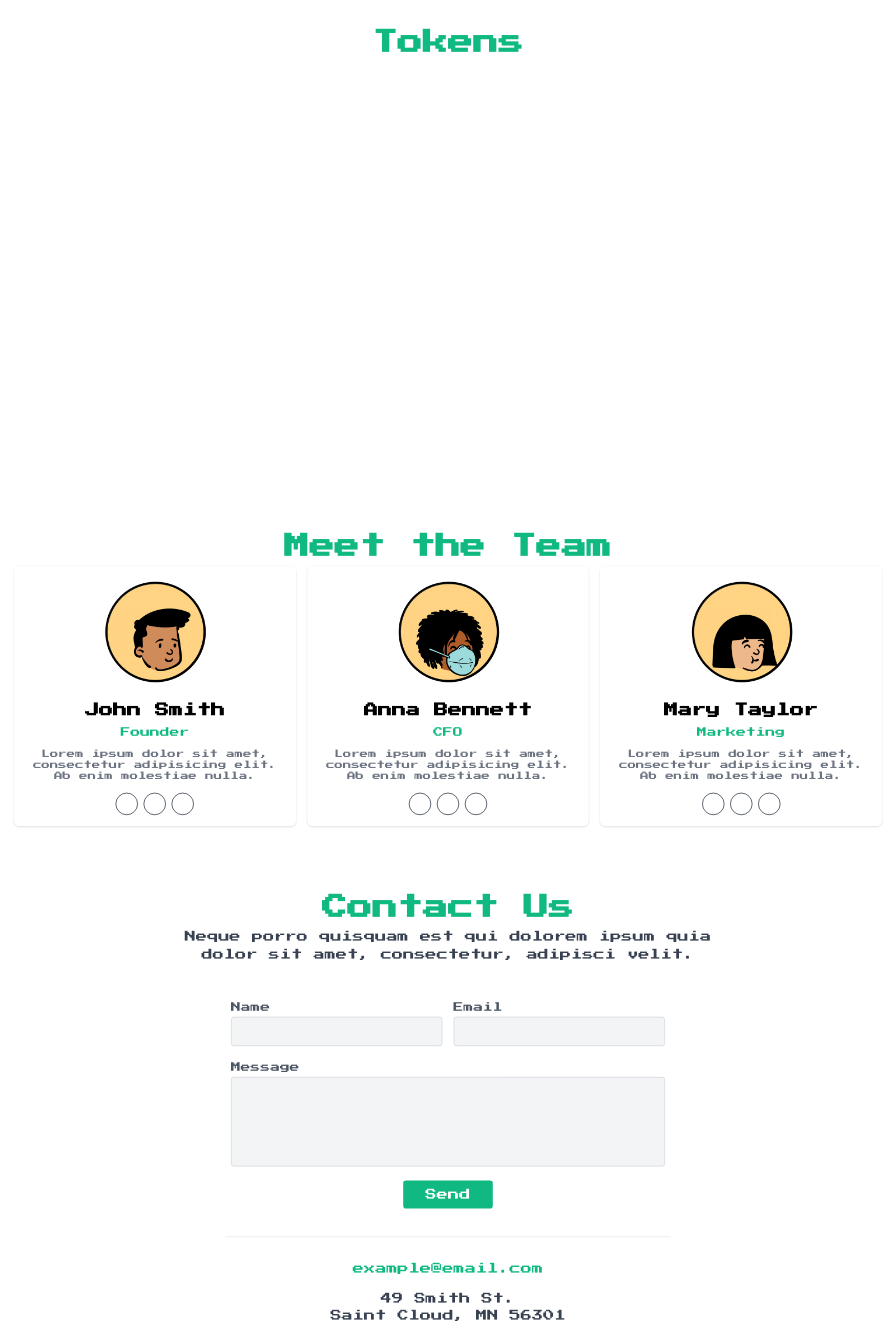
Repository: rhinorphan/phat-landing-page
Page: /
The author's editor kept a copy of each file at every save. The page is drawn from the files as they stood at one save, then again after the next save.
The browser window is 1280 px wide. The pictures show the part of the page from y = 2348 to 4268 px (the page is 4268 px tall before and 4083 px after), at 70% of full size.
The project was rebuilt for these pictures with package versions that can differ from the ones it lists, and the page was loaded fresh each time. Also part of the build but not shown: craco.config.js.

Above is the page before, as saved 2021-11-17 22:40:23.

### public/index.html
<!DOCTYPE html>
<html lang="en">
  <head>
    <meta charset="utf-8" />
    <link rel="icon" href="%PUBLIC_URL%/assets/images/server_icon.png" />
    <meta name="PHAT" content="width=device-width, initial-scale=1" />
    <meta name="theme-color" content="#000000" />
    <meta
      name="description"
      content="PHAT Landing Page"
    />
    <link rel="apple-touch-icon" href="%PUBLIC_URL%/assets/images/server_icon.png" />
    <!--
      manifest.json provides metadata used when your web app is installed on a
      user's mobile device or desktop. See https://developers.google.com/web/fundamentals/web-app-manifest/
    -->
    <link rel="manifest" href="%PUBLIC_URL%/manifest.json" />
    <!--
      Notice the use of %PUBLIC_URL% in the tags above.
      It will be replaced with the URL of the `public` folder during the build.
      Only files inside the `public` folder can be referenced from the HTML.

      Unlike "/favicon.ico" or "favicon.ico", "%PUBLIC_URL%/favicon.ico" will
      work correctly both with client-side routing and a non-root public URL.
      Learn how to configure a non-root public URL by running `npm run build`.
    -->
    <title>Party Hats</title>
  </head>
  <body>
    <noscript>You need to enable JavaScript to run this app.</noscript>
    <div id="root"></div>
    <!--
      This HTML file is a template.
      If you open it directly in the browser, you will see an empty page.

      You can add webfonts, meta tags, or analytics to this file.
      The build step will place the bundled scripts into the <body> tag.

      To begin the development, run `npm start` or `yarn start`.
      To create a production bundle, use `npm run build` or `yarn build`.
    -->
  </body>
</html>

### src/App.js
import logo from './logo.svg';
import './App.css';
import Header from './components/Header';
import Contact from './components/Contact';
import Landing from './components/Landing';
import Community from './components/Community';
import Tokens from './components/Tokens';
import About from './components/About';
import Footer from './components/Footer';

function App() {
  return (
    <div className="app">
        <Header />
        <div className="app__body">
          <Landing />
          <Community />
          <Tokens />
          <About />
          <Contact />
        </div>
        <Footer />
    </div>
  );
}

export default App;

### src/App.css
@import url('https://fonts.googleapis.com/css2?family=VT323&display=swap');
@import url('https://fonts.googleapis.com/css2?family=Press+Start+2P&family=VT323&display=swap');

.app {
  font-family: 'Press Start 2P', cursive;
}

.active {
  @apply py-4 px-2 text-green-500 border-b-4 border-green-500 font-semibold
}

.active2 {
  @apply block text-sm px-2 py-4 text-white bg-green-500 font-semibold
}

.nobull {
  list-style-type: none;
}

### src/components/Header.js
import React from 'react';
import { Link, animateScroll as scroll } from "react-scroll";

function Header() {

  const handleSubmit = (e) => {
    e.preventDefault();

		const menu = document.querySelector(".mobile-menu");

		menu.classList.toggle("hidden");
  }
  const scrollToTop = (e) => {
    scroll.scrollToTop();
  };

  return (
    <nav class="bg-white shadow-lg sticky top-0">
			<div class="max-w-6xl mx-auto px-4">
				<div class="flex justify-between">
					<div class="flex space-x-7">
						<div>
							<a href="" class="flex items-center py-4 px-2">
								<img src={`${process.env.PUBLIC_URL}/assets/images/server_icon.png`} alt="Logo" class="inline object-cover w-12 h-12 mr-4 rounded-full"/>
								<span onClick={scrollToTop}class="font-semibold text-gray-500 text-lg">Party Hats</span>
							</a>
						</div>
						<div class="hidden md:flex items-center space-x-1 nobull">
              <li><Link activeClass="active" className="py-4 px-2 text-gray-500 font-semibold hover:text-green-500 transition duration-300 cursor-pointer"
              to="landing" spy={true} smooth={true} duration={500}>Home</Link></li>
							<li><Link activeClass="active" className="py-4 px-2 text-gray-500 font-semibold hover:text-green-500 transition duration-300 cursor-pointer"
              to="community" spy={true} smooth={true} duration={500}>Community</Link></li>
              <li><Link activeClass="active" className="py-4 px-2 text-gray-500 font-semibold hover:text-green-500 transition duration-300 cursor-pointer"
              to="token" spy={true} smooth={true} duration={500}>Tokens</Link></li>
							<li><Link activeClass="active" className="py-4 px-2 text-gray-500 font-semibold hover:text-green-500 transition duration-300 cursor-pointer"
              to="about" spy={true} smooth={true} duration={500}>About</Link></li>
							<li><Link activeClass="active" className="py-4 px-2 text-gray-500 font-semibold hover:text-green-500 transition duration-300 cursor-pointer"
              to="contact" spy={true} smooth={true} duration={500}>Contact</Link></li>
						</div>
					</div>
					<div class="hidden md:flex items-center space-x-3 ">
						<a target="_blank" rel="noopener noreferrer" href="https://tetr.io/" class="py-2 px-8 font-medium text-white bg-green-500 hover:bg-green-400 transition duration-300 rounded-full">Play</a>
					</div>
					<div class="md:hidden flex items-center">
						<button class="outline-none mobile-menu-button" onClick={handleSubmit}>
						<svg class=" w-6 h-6 text-gray-500 hover:text-green-500 "
							x-show="!showMenu"
							fill="none"
							stroke-linecap="round"
							stroke-linejoin="round"
							stroke-width="2"
							viewBox="0 0 24 24"
							stroke="currentColor"
						>
							<path d="M4 6h16M4 12h16M4 18h16"></path>
						</svg>
					</button>
					</div>
				</div>
			</div>
			<div class="hidden mobile-menu">
				<ul class="">
					<li><Link activeClass="active2" className="block text-sm px-2 py-4 hover:bg-green-500 transition duration-300 hover:text-white cursor-pointer"
              to="landing" spy={true} smooth={true} duration={500}>Home</Link></li>
					<li><Link activeClass="active2" className="block text-sm px-2 py-4 hover:bg-green-500 transition duration-300 hover:text-white cursor-pointer"
              to="community" spy={true} smooth={true} duration={500}>Community</Link></li>
          <li><Link activeClass="active2" className="block text-sm px-2 py-4 hover:bg-green-500 transition duration-300 hover:text-white cursor-pointer"
              to="token" spy={true} smooth={true} duration={500}>Tokens</Link></li>
					<li><Link activeClass="active2" className="block text-sm px-2 py-4 hover:bg-green-500 transition duration-300 hover:text-white cursor-pointer"
              to="about" spy={true} smooth={true} duration={500}>About</Link></li>
					<li><Link activeClass="active2" className="block text-sm px-2 py-4 hover:bg-green-500 transition duration-300 hover:text-white cursor-pointer"
              to="contact" spy={true} smooth={true} duration={500}>Contact</Link></li>
				</ul>
			</div>
		</nav>
  )
}

export default Header

### src/components/Contact.js
import React from 'react'
import { Link, animateScroll as scroll } from "react-scroll";

function Contact() {

  return (
    <section
      className="text-gray-700 body-font h-100" name="contact">
        <div className="container px-5 py-18 mx-auto">
          <div className="flex flex-col text-center w-full mb-12">
            <h1 className="flex text-4xl  font-bold mb-2 text-green-500 justify-center">
              Contact Us
            </h1>
            <p className="lg:w-2/3 mx-auto leading-relaxed text-base">
            Neque porro quisquam est qui dolorem ipsum quia dolor sit amet, consectetur, adipisci velit.
            </p>
          </div>
          <div className="lg:w-1/2 md:w-2/3 mx-auto">
            <div className="flex flex-wrap -m-2">
              <div className="p-2 w-1/2">
                <div className="">
                  <label for="name" className="leading-7 text-sm text-gray-600">
                    Name
                  </label>
                  <input
                    type="text"
                    id="name"
                    name="name"
                    className="w-full bg-gray-100 rounded border border-gray-300 focus:border-green-500 text-base outline-none text-gray-700 py-1 px-3 leading-8 transition-colors duration-200 ease-in-out"
                  />
                </div>
              </div>
              <div className="p-2 w-1/2">
                <div className="">
                  <label
                    for="email"
                    className="leading-7 text-sm text-gray-600"
                  >
                    Email
                  </label>
                  <input
                    type="email"
                    id="email"
                    name="email"
                    className="w-full bg-gray-100 rounded border border-gray-300 focus:border-green-500 text-base outline-none text-gray-700 py-1 px-3 leading-8 transition-colors duration-200 ease-in-out"
                  />
                </div>
              </div>
              <div className="p-2 w-full">
                <div className="">
                  <label
                    for="message"
                    className="leading-7 text-sm text-gray-600"
                  >
                    Message
                  </label>
                  <textarea
                    id="message"
                    name="message"
                    className="w-full bg-gray-100 rounded border border-gray-300 focus:border-green-500 h-32 text-base outline-none text-gray-700 py-1 px-3 resize-none leading-6 transition-colors duration-200 ease-in-out"
                  ></textarea>
                </div>
              </div>
              <div className="p-2 w-full">
                <button className="flex mx-auto py-2 px-8 font-medium text-white bg-green-500 rounded hover:bg-green-400 transition duration-300">
                  Send
                </button>
              </div>
              <div className="p-2 w-full pt-8 mt-8 border-t border-gray-200 text-center">
                <a className="text-green-500">example@email.com</a>
                <p className="leading-normal my-5">
                  49 Smith St.
                  <br />
                  Saint Cloud, MN 56301
                </p>
              </div>
            </div>
          </div>
        </div>
      </section>
  )
}

export default Contact

### src/components/Landing.js
import React from 'react'
import { Link, animateScroll as scroll } from "react-scroll";

function Landing() {
  return (
    <section className="grid md:flex place-items-center h-screen py-10 px-4" name="landing">
      <div class="mx-16">
        <h2 class="text-4xl  font-bold mb-2 text-green-500">
          Community Arcade Cabinet
        </h2>
        <h3 class="text-2xl mb-2 text-gray-300">
        With your beloved games.
        </h3>
        <h3 class="text-2xl mb-8 text-green-500">
        Join the revolution!
        </h3>

        <button class="m-2 bg-white font-bold rounded-full py-4 px-8 shadow-lg uppercase tracking-wider text-green-500 hover:bg-green-400 transition duration-300 hover:text-white">
          <a target="_blank" rel="noopener noreferrer" href="https://lionell-moore.gitbook.io/crypto-party-hats/introductions/what-is-party-hats">Whitepaper</a>
        </button>
        <button class="m-2 bg-white font-bold rounded-full py-4 px-8 shadow-lg uppercase tracking-wider text-green-500 hover:bg-green-400 transition duration-300 hover:text-white">
          <a target="_blank" rel="noopener noreferrer" href="#"><Link activeClass="active"
              to="community" spy={true} smooth={true} duration={500}>Learn More</Link></a>
        </button>
      </div>
      <div className="w-full">
        <img src={`${process.env.PUBLIC_URL}/assets/images/landing.png`} alt="" className="h-full w-full"/>
      </div>
    </section>
  )
}

export default Landing

### src/components/Community.js
import React from 'react'

function Community() {
  return (
    <section className="grid md:grid place-items-center h-100 py-10 px-4" name="community">
      <div className="w-min-50">
        <img src={`${process.env.PUBLIC_URL}/assets/images/collab.png`} alt=""/>
      </div>
      <div class="mx-16 w-50">
        <h2 class="flex text-4xl  font-bold mb-2 text-green-500 justify-center">
        Party Hats?
        </h2>
        <h3 class="flex text-2xl mb-2 text-gray-300 text-center">
        The Party Hats team and our community aims to be a central guild for anyone to join in and spend some time playing games with others as if you were at the arcade with friends. Our community will be more focused on helping fellow members who have either been rugpulled on or scammed by other people in the crypto space.
        </h3>
        <section class="pb-10 bg-blueGray-200 mt-8">
        <div class="container mx-auto px-4">
          <div class="flex flex-wrap">
            <div class="lg:pt-12 pt-6 w-full md:w-4/12 px-4 text-center">
              <div class="flex flex-col min-w-0 break-words bg-white w-full mb-8 shadow-lg rounded-lg">
                <div class="px-4 py-5 flex-auto">
                  <div class="text-white p-3 text-center inline-flex items-center justify-center w-12 h-12 mb-5 shadow-lg rounded-full">
                    <i class="fas fa-award"></i>
                  </div>
                  <h6 class="text-xl font-semibold text-green-500">Community Driven</h6>
                  <p class="mt-2 mb-4 text-gray-500">
                  Our goal is primarily to help people who have lost money to get back on their feet. And to create a community that helps each other besides just themselves.
                  </p>
                </div>
              </div>
            </div>
            <div class="w-full md:w-4/12 px-4 text-center">
              <div class="flex flex-col min-w-0 break-words bg-white w-full mb-8 shadow-lg rounded-lg">
                <div class="px-4 py-5 flex-auto">
                  <div class="text-white p-3 text-center inline-flex items-center justify-center w-12 h-12 mb-5 shadow-lg rounded-full bg-lightBlue-400">
                    <i class="fas fa-retweet"></i>
                  </div>
                  <h6 class="text-xl font-semibold text-green-500">Transparency</h6>
                  <p class="mt-2 mb-4 text-gray-500">
                  Complete Transparency with the Community.
                  Devs and Staff team will always talk with the members to make sure the community stays informed.
                  </p>
                </div>
              </div>
            </div>
            <div class="pt-6 w-full md:w-4/12 px-4 text-center">
              <div class="flex flex-col min-w-0 break-words bg-white w-full mb-8 shadow-lg rounded-lg">
                <div class="px-4 py-5 flex-auto">
                  <div class="text-white p-3 text-center inline-flex items-center justify-center w-12 h-12 mb-5 shadow-lg rounded-full bg-emerald-400">
                    <i class="fas fa-fingerprint"></i>
                  </div>
                  <h6 class="text-xl font-semibold text-green-500">Easy to Reach</h6>
                  <p class="mt-2 mb-4 text-gray-500">
                  You will be able to talk to the developers and owners of the project at anytime as long as they are available to talk! Any Questions, Feedback and Suggestions are always welcomed!
                  </p>
                </div>
              </div>
            </div>
          </div>
        </div>
        </section>
      </div>
    </section>
  )
}

export default Community

### src/components/Tokens.js
import React from 'react'

function Tokens() {
  return (
    <section name="token" className="h-screen container px-5 py-24 mx-auto flex justify-center">
      <p className="flex text-4xl  font-bold mb-2 text-green-500 justify-center">Tokens</p>
    </section>
  )
}

export default Tokens

### src/components/About.js
import React from 'react'

// shadow-lg border border-gray-200 rounded-full overflow-hidden - picture TEAM div className

function About() {
  return (
    <section name="about" className="h-100 container px-5 py-24 mx-auto flex-col">
      <div>
        <p className="flex text-4xl  font-bold mb-2 text-green-500 justify-center">Meet the Team</p>
      </div>
      <div class="flex flex-col sm:flex-row gap-4">

			<div class="flex flex-col items-center justify-center bg-white p-4 shadow rounded-lg">
				<div class="inline-flex h-40 w-40">
					<img src={`${process.env.PUBLIC_URL}/assets/images/team1.png`}
						 alt=""
						 class="h-full w-full"/>
				</div>

				<h2 class="mt-4 font-bold text-xl">John Smith</h2>
				<h6 class="mt-2 text-sm font-medium text-green-500">Founder</h6>

				<p class="text-xs text-gray-500 text-center mt-3">
					Lorem ipsum dolor sit amet, consectetur adipisicing elit. Ab enim molestiae nulla.
				</p>

				<ul class="flex flex-row mt-4 space-x-2">
					<li>
						<a href="" class="flex items-center justify-center h-8 w-8 border rounded-full text-gray-800 border-gray-800">
							<i class="fab fa-facebook"></i>
						</a>
					</li>
					<li>
						<a href="" class="flex items-center justify-center h-8 w-8 border rounded-full text-gray-800 border-gray-800">
							<i class="fab fa-twitter"></i>
						</a>
					</li>
					<li>
						<a href="" class="flex items-center justify-center h-8 w-8 border rounded-full text-gray-800 border-gray-800">
							<i class="fab fa-instagram"></i>
						</a>
					</li>
				</ul>
			</div>

			<div class="flex flex-col items-center justify-center bg-white p-4 shadow rounded-lg">
				<div class="inline-flex h-40 w-40">
					<img src={`${process.env.PUBLIC_URL}/assets/images/team2.png`}
						 alt=""
						 class="h-full w-full"/>
				</div>

				<h2 class="mt-4 font-bold text-xl">Anna Bennett</h2>
				<h6 class="mt-2 text-sm font-medium text-green-500">CFO</h6>

				<p class="text-xs text-gray-500 text-center mt-3">
					Lorem ipsum dolor sit amet, consectetur adipisicing elit. Ab enim molestiae nulla.
				</p>

				<ul class="flex flex-row mt-4 space-x-2">
					<li>
						<a href="" class="flex items-center justify-center h-8 w-8 border rounded-full text-gray-800 border-gray-800">
							<i class="fab fa-facebook"></i>
						</a>
					</li>
					<li>
						<a href="" class="flex items-center justify-center h-8 w-8 border rounded-full text-gray-800 border-gray-800">
							<i class="fab fa-twitter"></i>
						</a>
					</li>
					<li>
						<a href="" class="flex items-center justify-center h-8 w-8 border rounded-full text-gray-800 border-gray-800">
							<i class="fab fa-instagram"></i>
						</a>
					</li>
				</ul>
			</div>

			<div class="flex flex-col items-center justify-center bg-white p-4 shadow rounded-lg">
				<div class="inline-flex h-40 w-40">
					<img src={`${process.env.PUBLIC_URL}/assets/images/team3.png`}
						 alt=""
						 class="h-full w-full"/>
				</div>

				<h2 class="mt-4 font-bold text-xl">Mary Taylor</h2>
				<h6 class="mt-2 text-sm font-medium text-green-500">Marketing</h6>

				<p class="text-xs text-gray-500 text-center mt-3">
					Lorem ipsum dolor sit amet, consectetur adipisicing elit. Ab enim molestiae nulla.
				</p>

				<ul class="flex flex-row mt-4 space-x-2">
					<li>
						<a href="" class="flex items-center justify-center h-8 w-8 border rounded-full text-gray-800 border-gray-800">
							<i class="fab fa-facebook"></i>
						</a>
					</li>
					<li>
						<a href="" class="flex items-center justify-center h-8 w-8 border rounded-full text-gray-800 border-gray-800">
							<i class="fab fa-twitter"></i>
						</a>
					</li>
					<li>
						<a href="" class="flex items-center justify-center h-8 w-8 border rounded-full text-gray-800 border-gray-800">
							<i class="fab fa-instagram"></i>
						</a>
					</li>
				</ul>
			</div>

		</div>

    </section>
  )
}

export default About

Loaded but not shown: src/index.js (common file); src/index.css (common file); src/reportWebVitals.js (common file); src/components/Footer.js (common file); tailwind.config.js (common file)

After the next save:
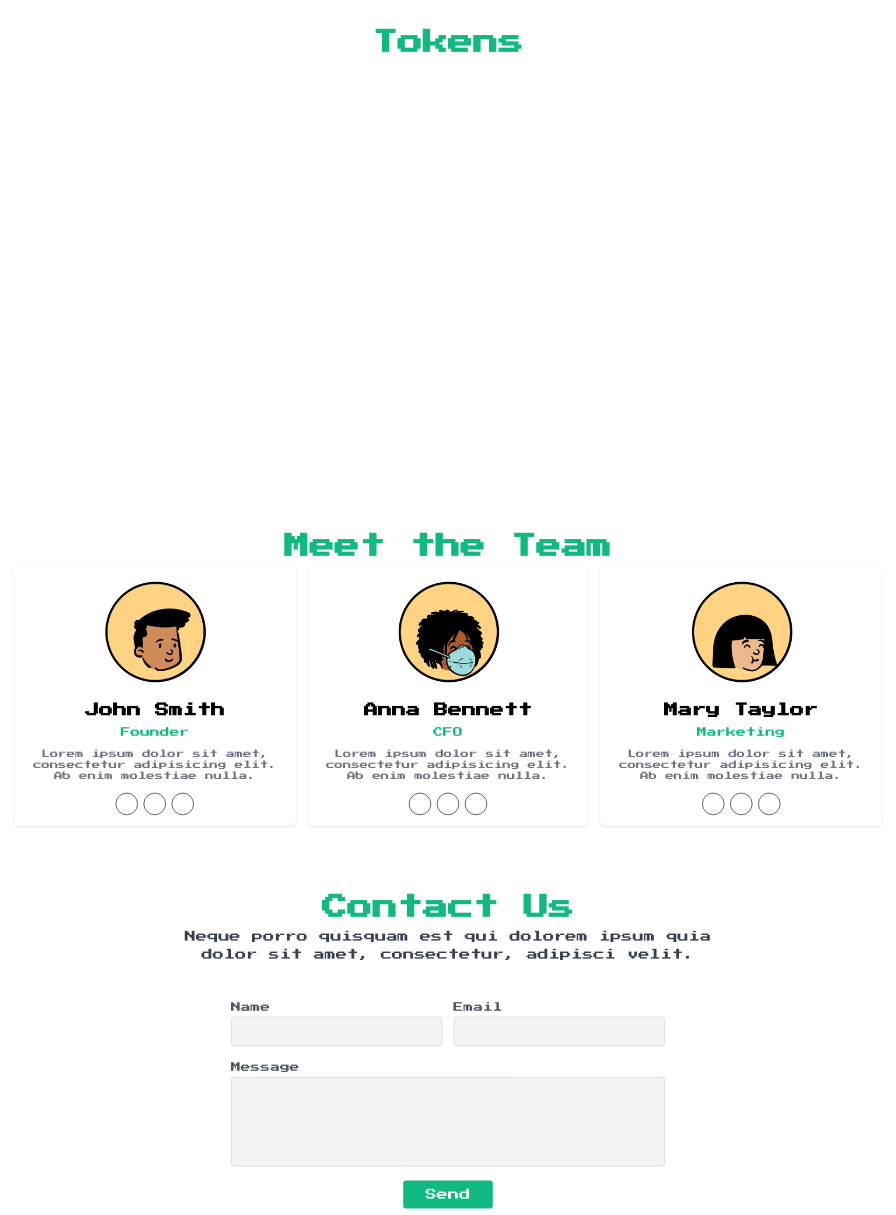
Saved 3 min 40 s later.
--- a/src/components/Contact.js
+++ b/src/components/Contact.js
@@ -66,14 +66,6 @@ function Contact() {
                   Send
                 </button>
               </div>
-              <div className="p-2 w-full pt-8 mt-8 border-t border-gray-200 text-center">
-                <a className="text-green-500">example@email.com</a>
-                <p className="leading-normal my-5">
-                  49 Smith St.
-                  <br />
-                  Saint Cloud, MN 56301
-                </p>
-              </div>
             </div>
           </div>
         </div>
